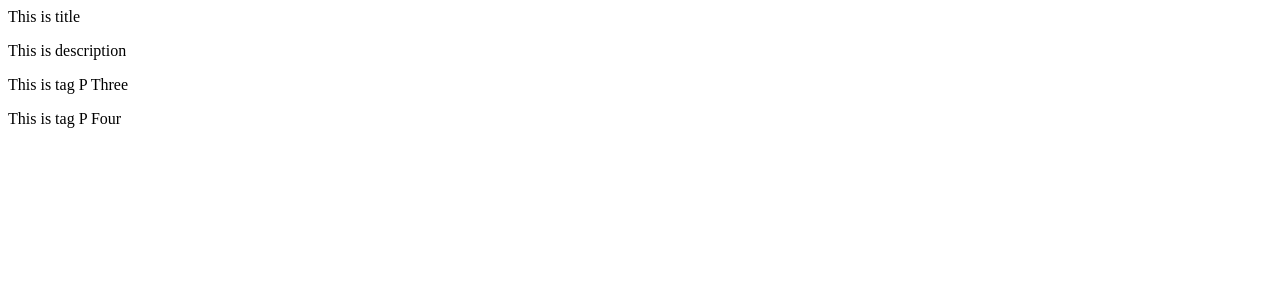
Repository: VDHBK/Learn-JS
Page: JS-Huy/DOM/Selector_ClassName.html
The author's editor kept a copy of each file at every save. The page is drawn from the files as they stood at one save, then again after the next save.
The browser window is 1280 px wide. The pictures show the whole page.

Above is the page before, as saved 2020-10-16 09:14:06.
Console error: ReferenceError: red is not defined

After the next save:
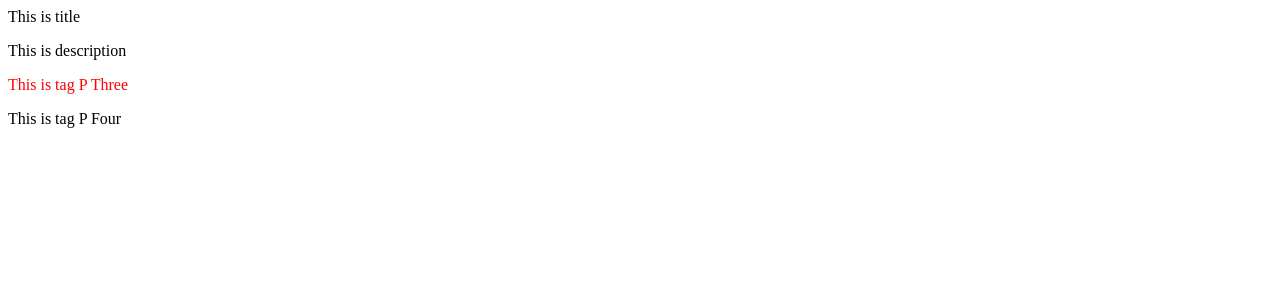
The error is gone.
Saved 34 s later.
--- a/JS-Huy/DOM/Selector_ClassName.html
+++ b/JS-Huy/DOM/Selector_ClassName.html
@@ -11,7 +11,7 @@
         <script>
             let listObject = document.getElementsByClassName("description");
             console.log(listObject);
-            listObject[1].style.color=red;
+            listObject[1].style.color="red";
         </script>
 	</body>
 </html>
